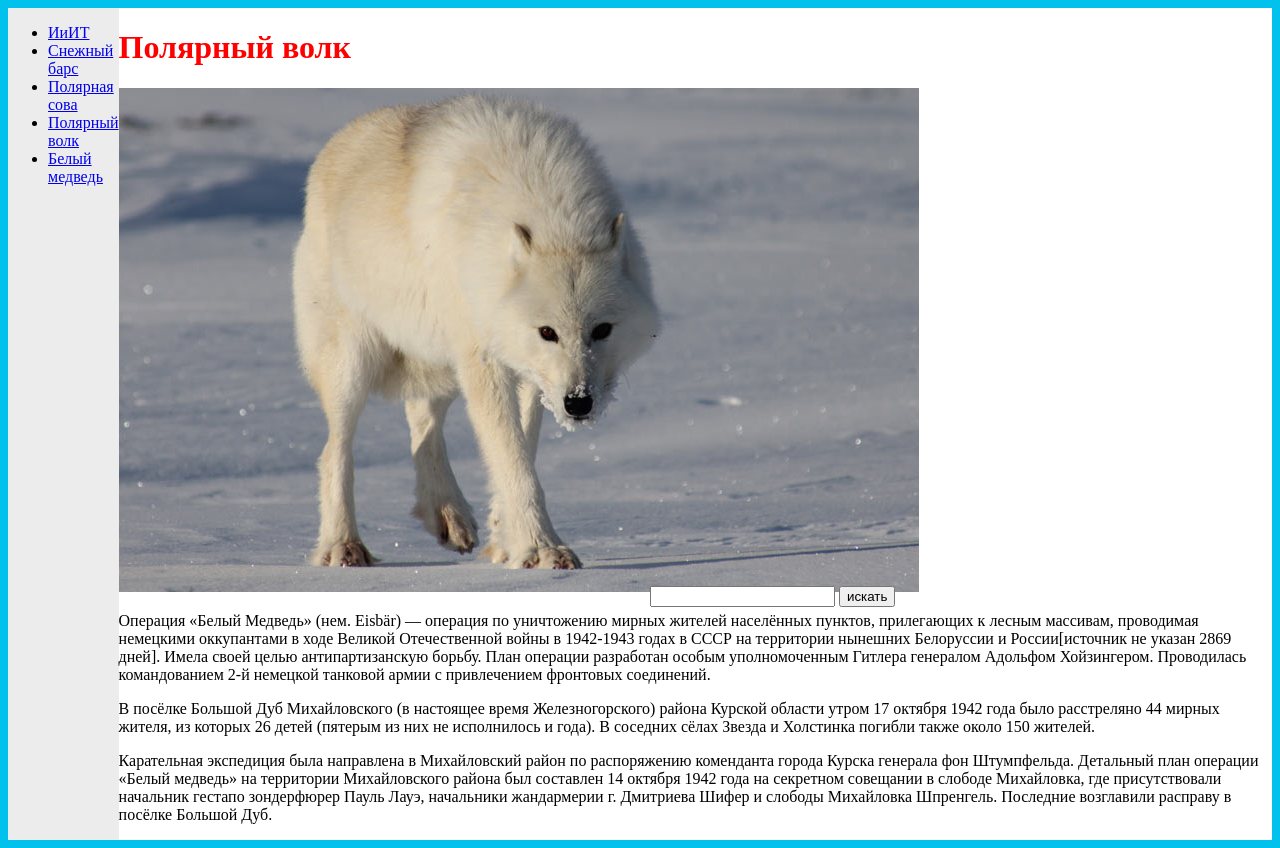
Repository: polinamalysheva/polina.github.io
Page: week11/5.html
The author's editor kept a record of every edit. The page is drawn from the files as they stood at one moment, then again after the next edit.
The browser window is 1280 px wide. The pictures show the whole page.

Above is the page before.

### week11/5.html
<!DOCTYPE html>
<html>
 <head>
   <meta charset="utf-8">
        <title>ИиИТ</title>
        <link href="style.css" rel="stylesheet">
 </head>
 <body>
     <div id="flex">
         <nav>
                <ul>
                    <li><a href="index.html">ИиИТ</a></li>
                    <li><a href="2.html">Снежный барс </a></li>
                    <li><a href="3.html">Полярная сова </a></li>
                    <li><a href="4.html">Полярный волк </a></li>
                    <li><a href="5.html">Белый медведь </a></li>
                </ul>
            </nav>
     <main>
  <h1>Полярный волк</h1>
  <img src="polyarnyj-volk-1.jpg">
  <p>
   Операция «Белый Медведь» (нем. Eisbär) — операция по уничтожению мирных жителей населённых пунктов, прилегающих к лесным массивам,
   проводимая немецкими оккупантами в ходе Великой Отечественной войны в 1942-1943 годах в СССР на территории нынешних Белоруссии и России[источник не указан 2869 дней].
   Имела своей целью антипартизанскую борьбу. План операции разработан особым уполномоченным Гитлера генералом Адольфом Хойзингером. Проводилась командованием 2-й немецкой
   танковой армии с привлечением фронтовых соединений.</p>
  <p>
   В посёлке Большой Дуб Михайловского (в настоящее время Железногорского) района Курской области утром 17 октября 1942 года было расстреляно 44 мирных жителя,
   из которых 26 детей (пятерым из них не исполнилось и года). В соседних сёлах Звезда и Холстинка погибли также около 150 жителей.</p>
   <p>Карательная экспедиция была направлена в Михайловский район по распоряжению коменданта города Курска генерала фон Штумпфельда. Детальный план операции «Белый медведь»
   на территории Михайловского района был составлен 14 октября 1942 года на секретном совещании в слободе Михайловка, где присутствовали начальник гестапо зондерфюрер Пауль Лауэ,
   начальники жандармерии г. Дмитриева Шифер и слободы Михайловка Шпренгель. Последние возглавили расправу в посёлке Большой Дуб.</p>
     </main>
    </div>
    <div id="google2">
                <form action="https://www.google.com/search" method="get">
                <input type="text" name="q">
                <input type="submit" value="искать">
                </form>
    </div>
 </body>
</html>

### week11/style.css
body {
    background-color: #00c2ec;
}
#flex {
    display: flex;
    flex-direction: row;
}
#google {
    display: flex;
    flex-direction: row;
    padding: 10px;
    position: absolute;
    top: 50%;
    left: 50%;
    margin-right: -50%;
}
#google2 {
    display: flex;
    flex-direction: row;
    padding: 10px;
    position: absolute;
    top: 80%;
    left: 50%;
    margin-right: -50%;
}
nav {
    background-color: #ececec;
}
main {
    background-color: #ffffff;
}
h1 {
    color: red;
}

After the next edit:
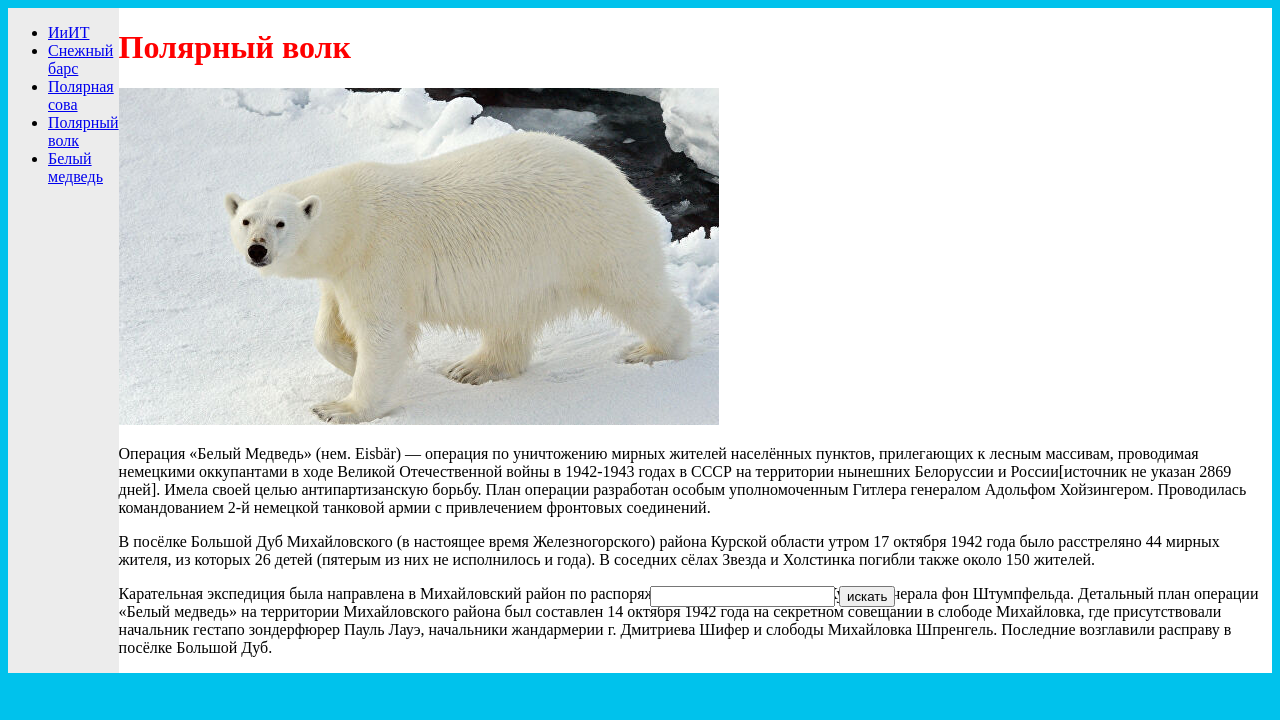
The edit:
--- a/week11/5.html
+++ b/week11/5.html
@@ -18,7 +18,7 @@
             </nav>
      <main>
   <h1>Полярный волк</h1>
-  <img src="polyarnyj-volk-1.jpg">
+  <img src="medved.jpg">
   <p>
    Операция «Белый Медведь» (нем. Eisbär) — операция по уничтожению мирных жителей населённых пунктов, прилегающих к лесным массивам,
    проводимая немецкими оккупантами в ходе Великой Отечественной войны в 1942-1943 годах в СССР на территории нынешних Белоруссии и России[источник не указан 2869 дней].
